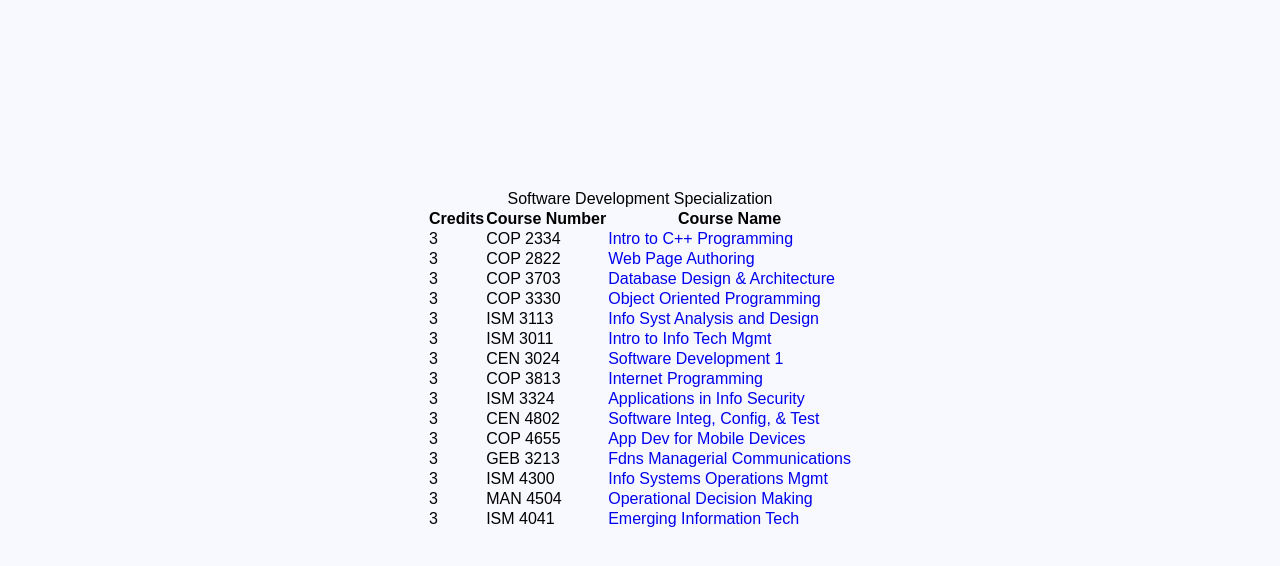
Repository: mlmEFSC21/P3-DegreeSpecializationTable
Page: index.html
These files come from the project's save history. The page is drawn as it stood at one moment and after the next save; the edit follows.
The browser window is 1280 px wide. The pictures show the whole page.
Some web fonts or font styles are not loaded; a fallback is used.

Above is the page before, as saved 2022-02-01 20:54:16.

After the next save:
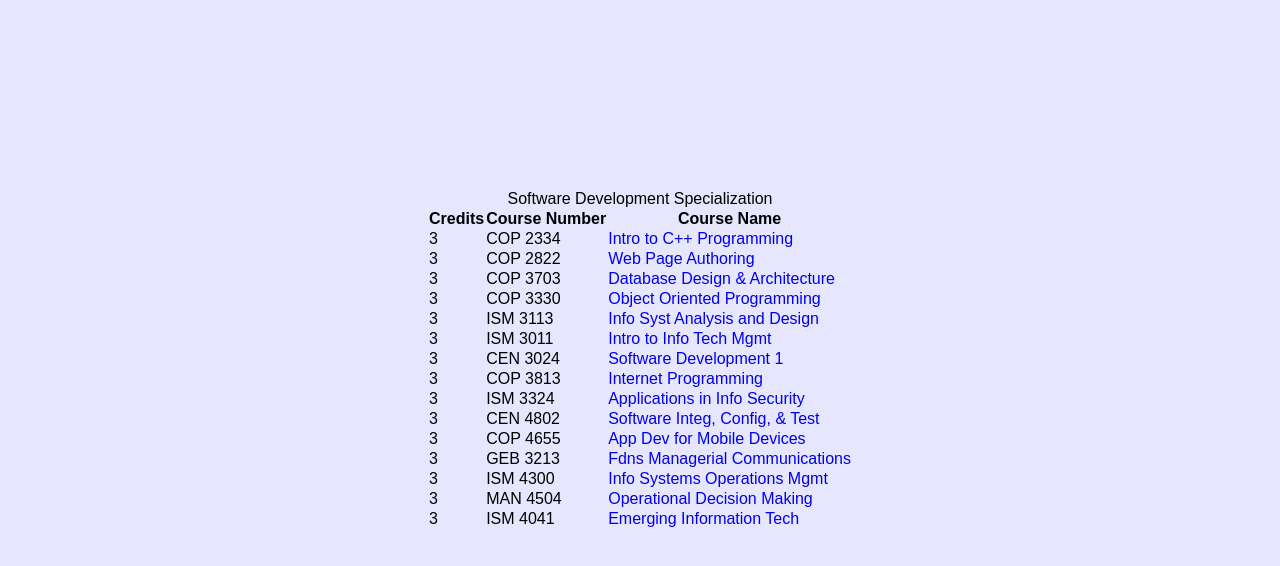
Saved 22 s later.
--- a/tableStyles.css
+++ b/tableStyles.css
@@ -6,7 +6,7 @@
     --clr-accent: #8fb500;
     --clr-font-prime: #5b8ead;
     --clr-font-second: black;
-    --clr-background: #f8f8ff;
+    --clr-background: #e6e6ff;
 }
 *,
 *::before,
